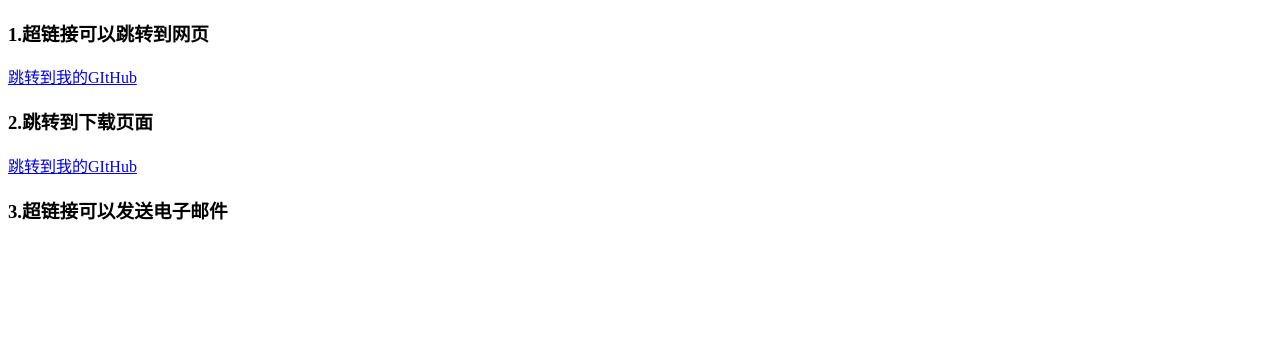
Repository: jarvanstack/vscode
Page: HTML/HTML超链接有哪些.html
The author's editor kept a copy of each file at every save. The page is drawn from the files as they stood at one save, then again after a run of saves.
The browser window is 1280 px wide. The pictures show the whole page.

Above is the page before, as saved 2020-06-11 09:28:43.

After the next 2 saves:
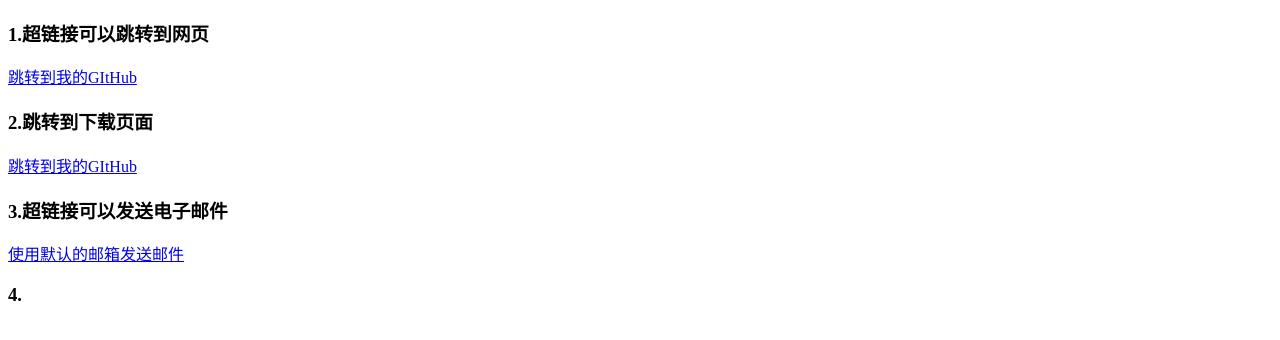
The 2 saves are shown as one change because they came seconds apart.
The last was saved 51 s later.
--- a/HTML/HTML超链接有哪些.html
+++ b/HTML/HTML超链接有哪些.html
@@ -11,6 +11,7 @@
     <h3>2.跳转到下载页面</h3>
     <a href="XXX.mp3">跳转到我的GItHub</a>
     <h3>3.超链接可以发送电子邮件</h3>
-    <a href=""
+    <a href="jarvanDeng@163.com">使用默认的邮箱发送邮件</a>
+    <h3>4.</h3>
 </body>
 </html>
